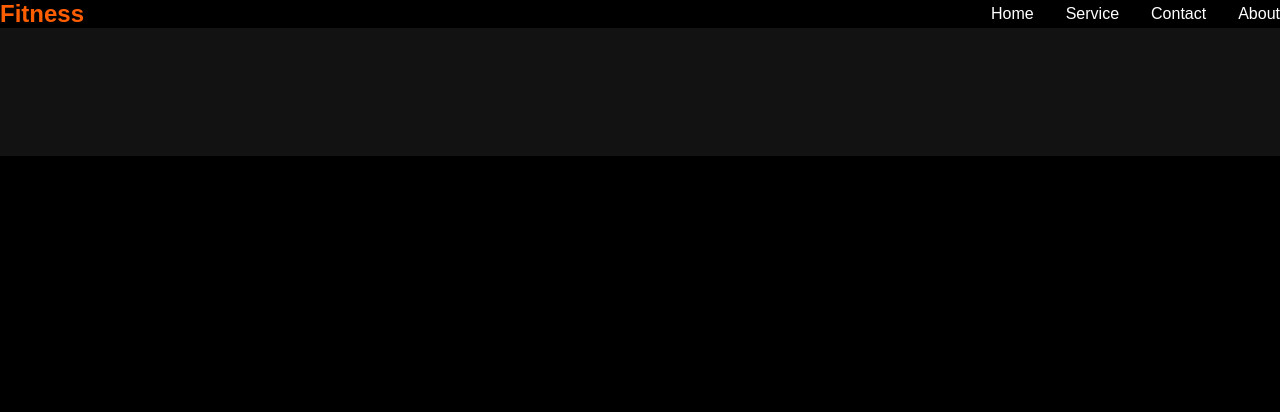
Repository: Aminul-Islam85/Assignment-2
Page: index.html
The author's editor kept a copy of each file at every save. The page is drawn from the files as they stood at one save, then again after the next save.
The browser window is 1280 px wide. The pictures show the whole page.

Above is the page before, as saved 2024-10-23 15:13:53.

After the next save:
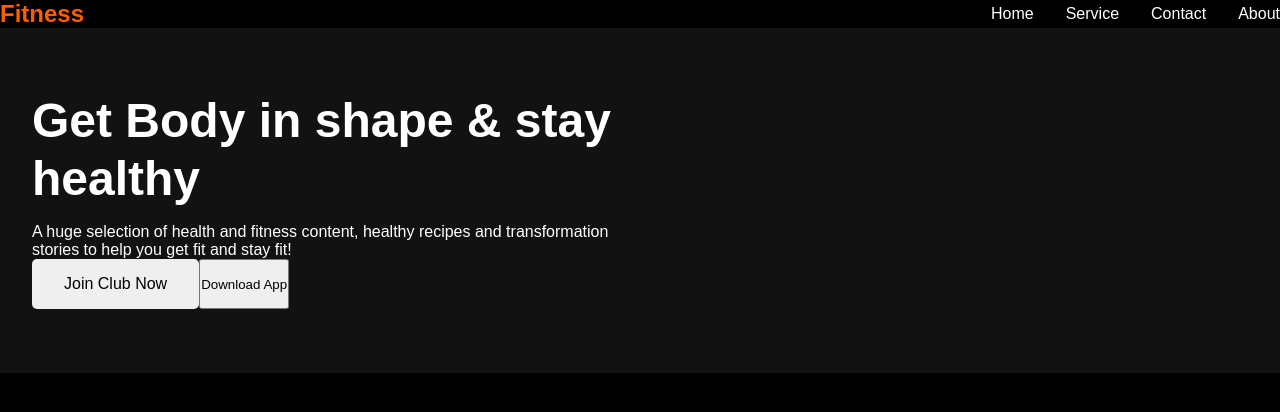
Saved 6 min 8 s later.
--- a/index.html
+++ b/index.html
@@ -25,6 +25,12 @@
 
     <section class="hero">
         <div class="hero-content">
+            <h1>Get Body in <span class="highlighted">shape</span> & stay healthy</h1>
+            <p>A huge selection of health and fitness content, healthy recipes and transformation stories to help you get fit and stay fit!</p>
+            <div class="hero-buttons">
+                <button class="cta-btn join-btn"> Join Club Now</button>
+                <button cta-btn download-btn>Download App</button>
+            </div>
 
         </div>
     </section>
